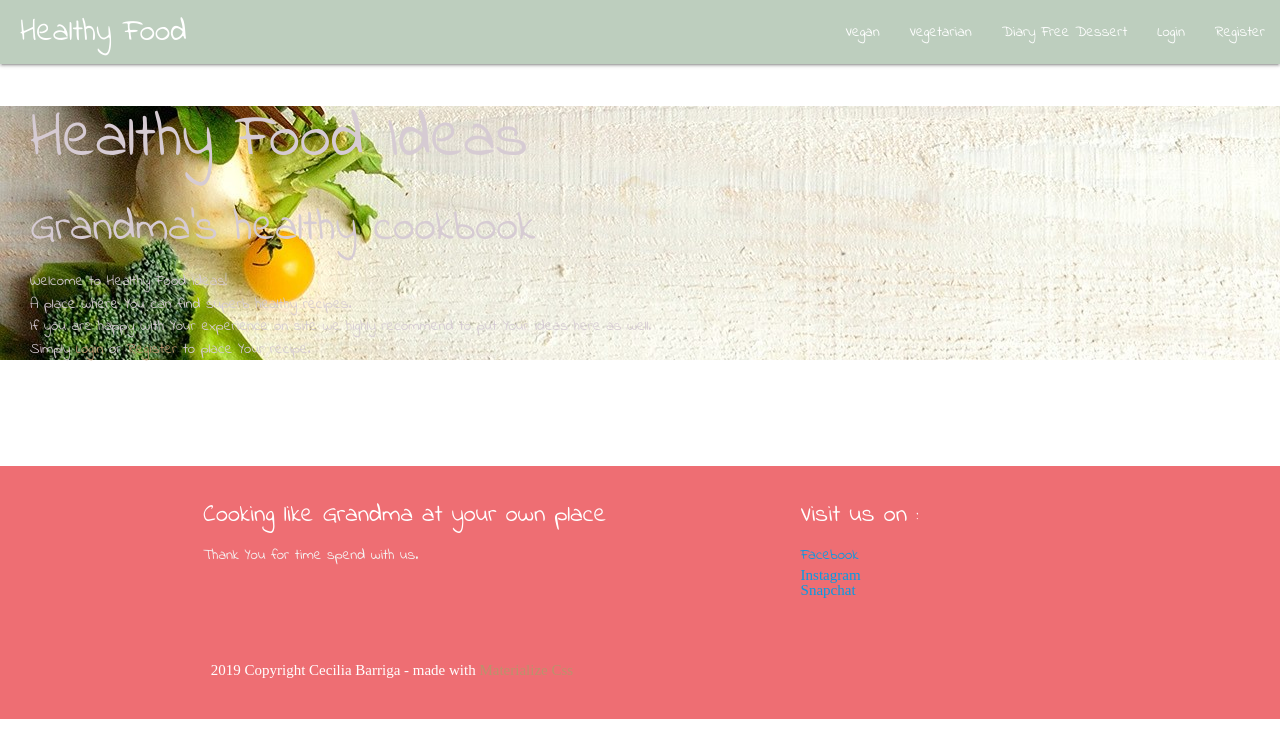
Repository: cesole/cookbook
Page: http://localhost/
The author's editor kept a record of every edit. The page is drawn from the files as they stood at one moment, then again after the next edit.
The browser window is 1280 px wide. The pictures show the whole page.
The page is served by the project's application, run on Flask 3 (app.py).

Above is the page before.
Console error: TypeError: Cannot read properties of undefined (reading 'offsetHeight')

After the next edit:
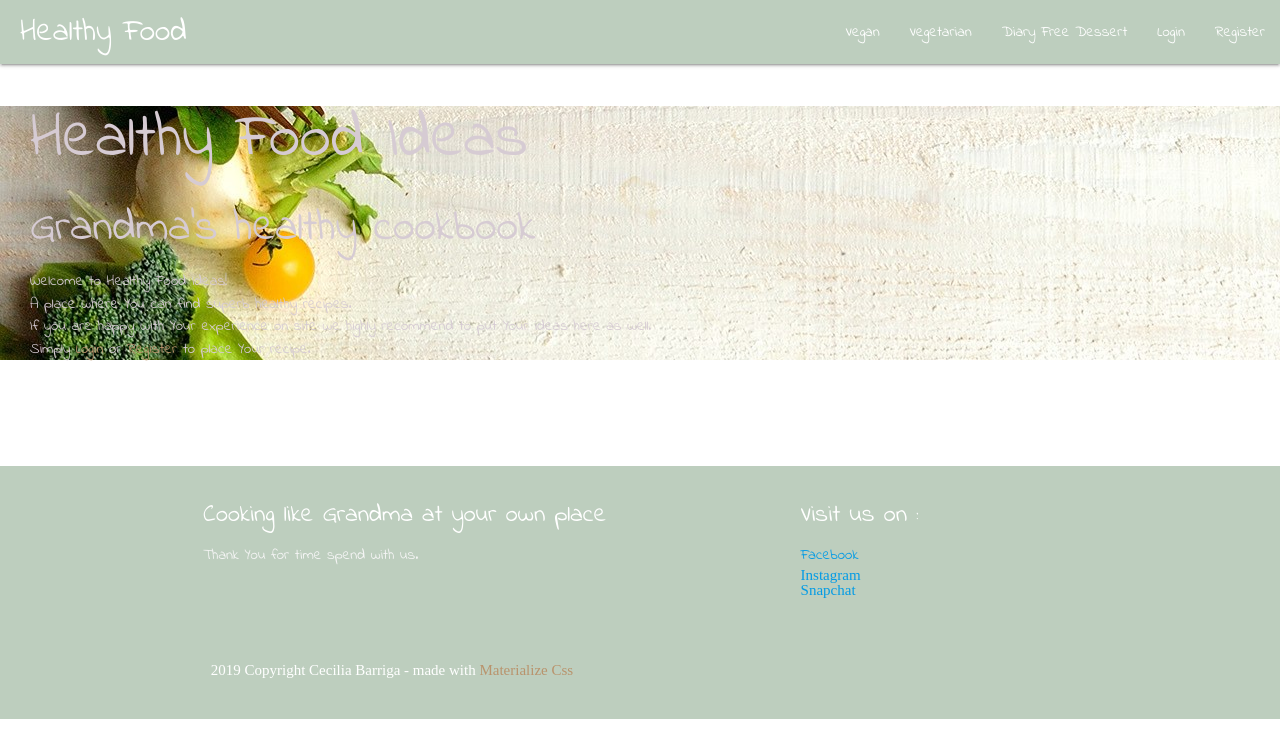
The edit:
--- a/static/css/style.css
+++ b/static/css/style.css
@@ -102,8 +102,9 @@
 }
 
 
-}
 .page-footer {
+    padding-top: 20px;
+    color: #fff;
     background-color: #bdcebe !important;
 }
 
